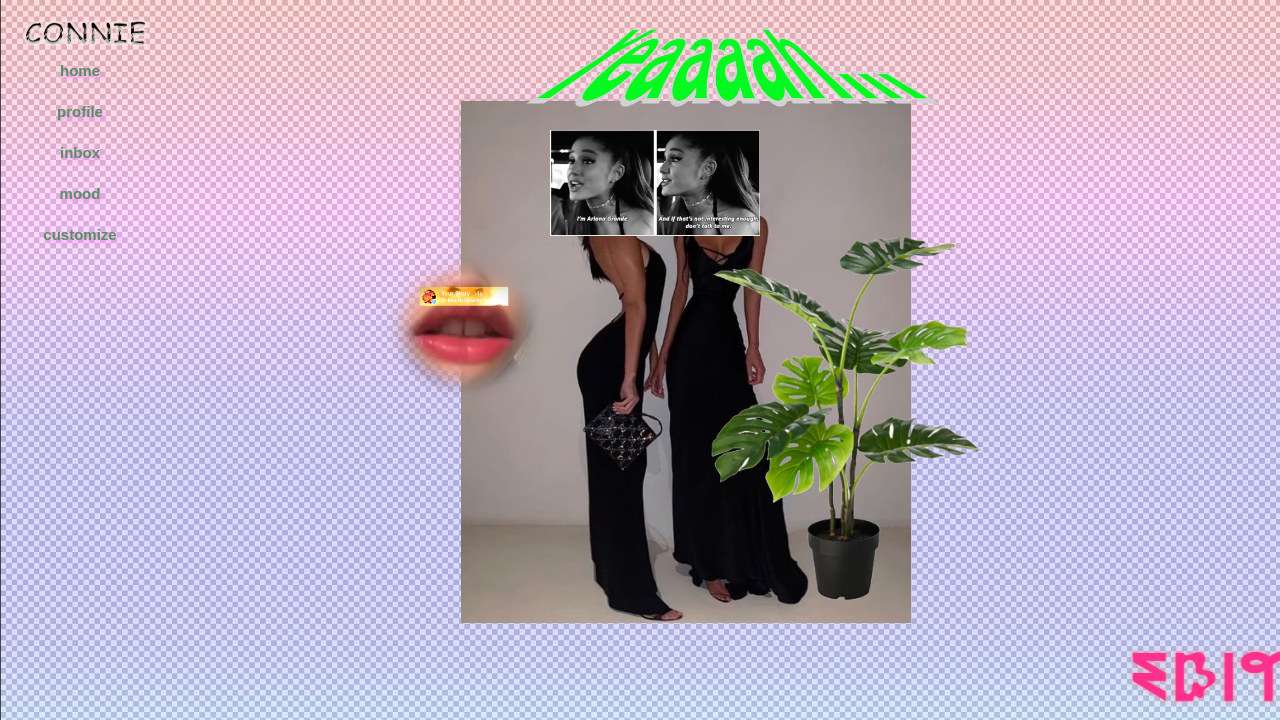
Repository: xuc009/xuc009.github.io
Page: track12/index.html
An editor plug-in stored every save of this project. The page is shown before and after the next save, followed by the edit.
The browser window is 1280 px wide. The pictures show the whole page.
Some web fonts or font styles are not loaded; a fallback is used. Some web libraries are served in a nearby version.

Above is the page before, as saved 2018-12-08 17:01:20.

After the next save:
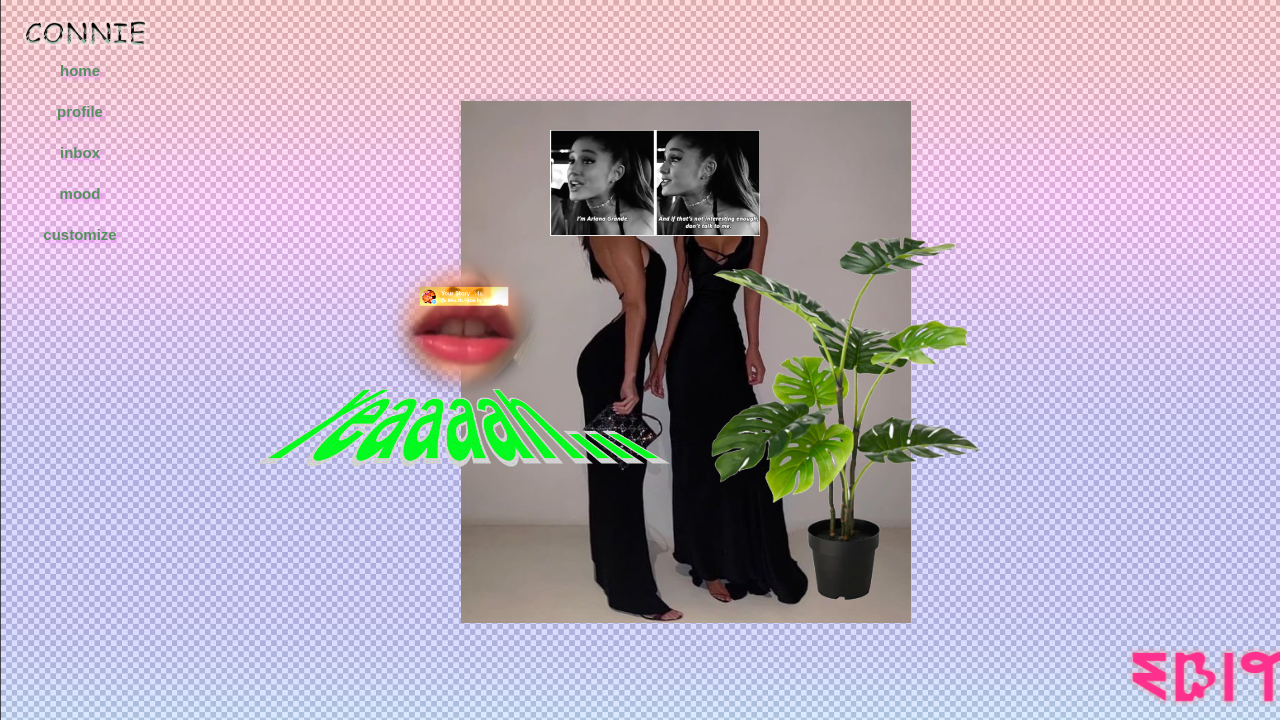
Saved 4 s later.
--- a/track12/assets/css/styles.css
+++ b/track12/assets/css/styles.css
@@ -90,8 +90,8 @@
 
 #draggable5{
     position: absolute;
-    top: 50;
-    left: 41%;
+    top: 50%;
+    left: 20%;
     cursor: move;
     border: none;
 }
